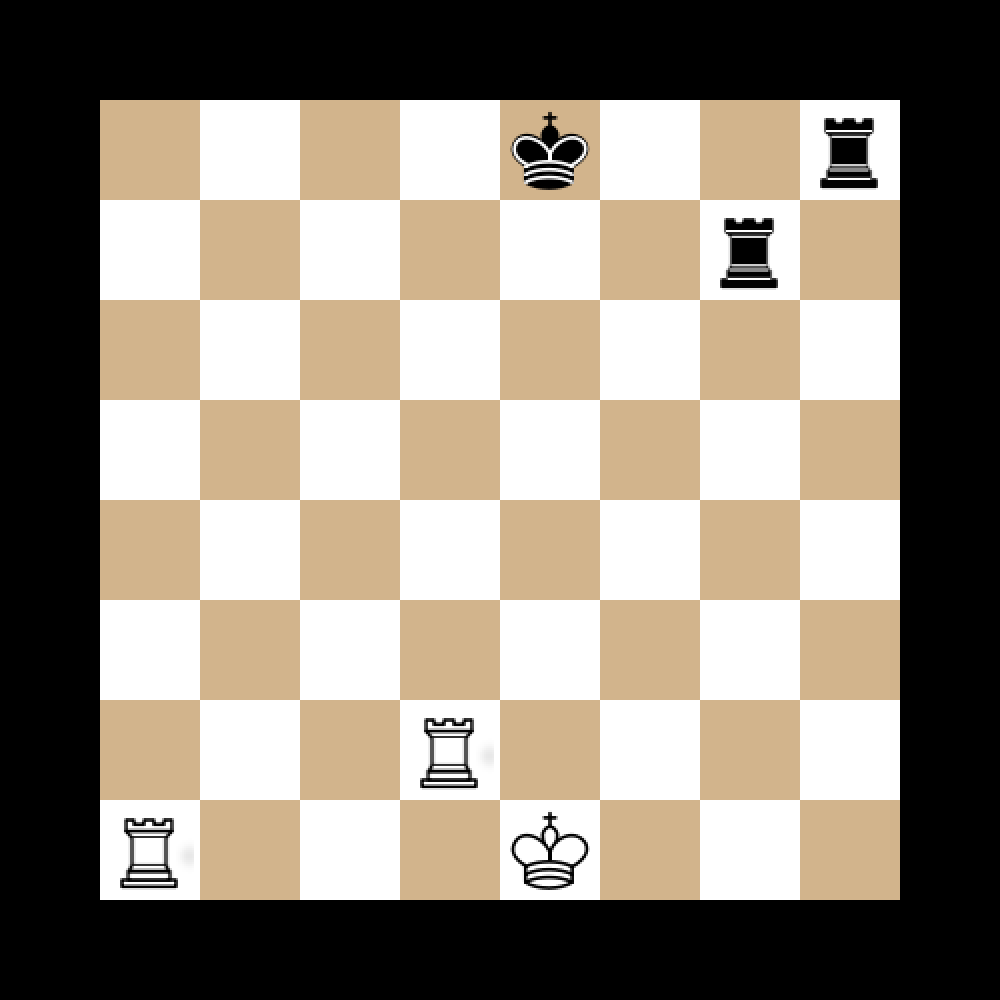
Repository: a-longe/capstone
Script's output: python engine/drag_n_drop_test.py
These files come from the project's save history. The script's output is drawn as it stood at one moment and after the next save; the edit follows.
The window is shown after at most 60 frames with no key pressed. Random numbers start from a fixed seed. It also reads engine/images/bK.png, engine/images/bP.png, engine/images/bR.png, engine/images/wK.png, engine/images/wP.png, engine/images/wR.png.

Above is the script's output before, as saved 2023-12-13 18:34:25.

After the next save:
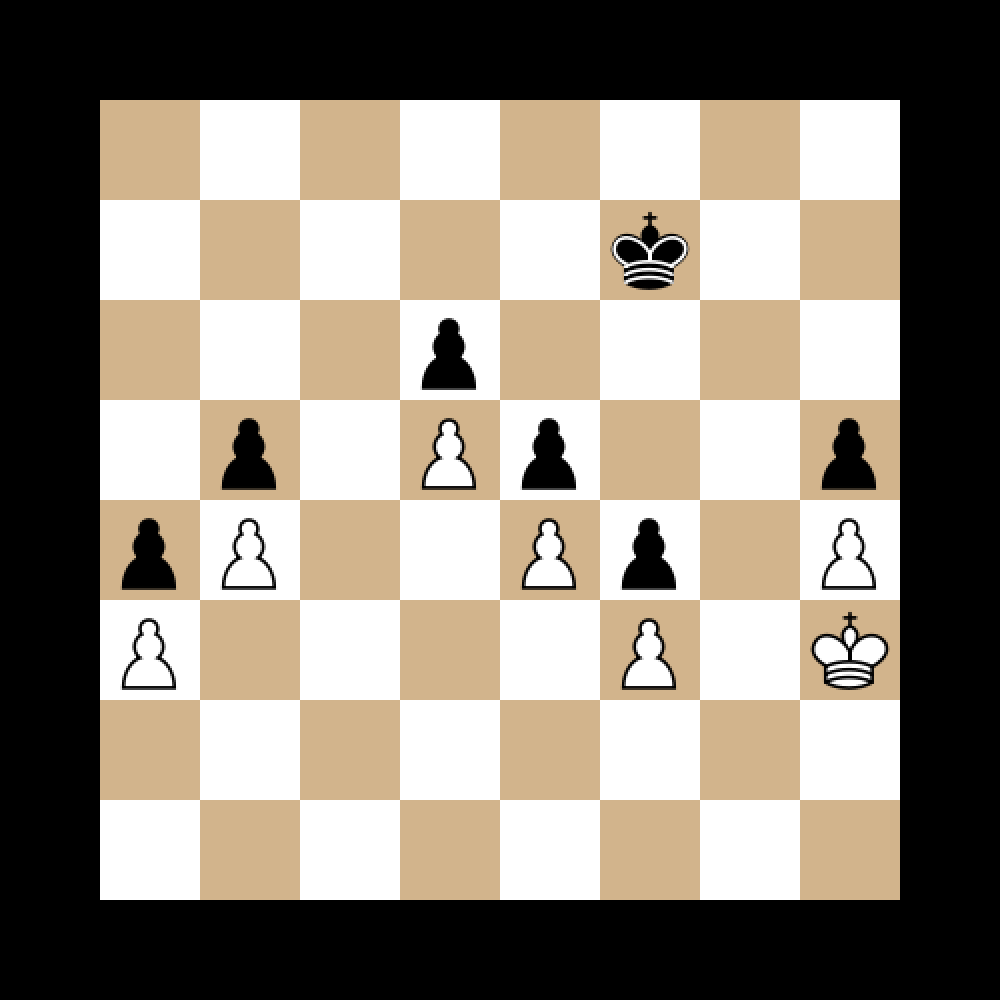
Saved 22 min 22 s later.
--- a/engine/drag_n_drop_test.py
+++ b/engine/drag_n_drop_test.py
@@ -212,7 +212,7 @@ def game_event_loop(Board):
 if __name__ == "__main__":
     os.environ['SDL_VIDEO_CENTERED'] = '1'
     pg.init()
-    MyBoard = Board(fen_to_pieces('4k2r/6r1/8/8/8/8/3R4/R3K3 w Qk - 0 1'))
+    MyBoard = Board(fen_to_pieces('8/5k2/3p4/1p1Pp2p/pP2Pp1P/P4P1K/8/8 b - - 99 50'))
     MyClock = pg.time.Clock()
     while True:
         main(MyBoard)
